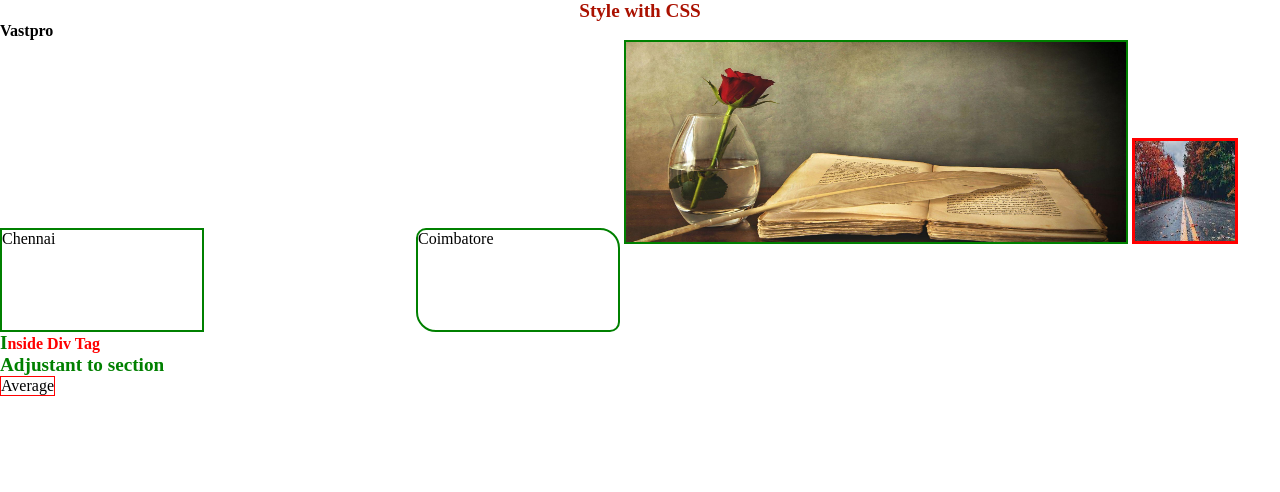
Repository: Balamurugan1914/crud_operation_without_db
Page: CSS_EXAMPLE/src/main/webapp/index.html
The author's editor kept a copy of each file at every save. The page is drawn from the files as they stood at one save, then again after the next save.
The browser window is 1280 px wide. The pictures show the whole page.

Above is the page before, as saved 2022-06-27 06:08:11.

### CSS_EXAMPLE/src/main/webapp/index.html
<!DOCTYPE html>
<html>
<head>
<meta charset="UTF-8">
<title>CS Styling</title>
<link href="Style/sample.css" type="text/css" rel="stylesheet">


</head>
<body>

	<h1 id="title">Style with CSS</h1>

	<h4>Vastpro</h4>


	<div class="bigBox">Chennai</div>

	<!-- Hidden - content will not be shown but an empty space will be shown -->
	<div class="bigBox effect" style="visibility: hidden;">Bangalore</div>

	<!-- Display -content will not be shown space will be adjusted ny the next element -->
	<div class="bigBox effect" style="display: none;">kovilpatti</div>
	<div class="bigBox effect">Coimbatore</div>



	<img alt="book1" src="images/books.jpg" style="width: 500px">
	<img alt="book2" src="images/show.jpeg">

	<div id="first">
		<p>Inside Div Tag</p>
</div>

<section></section>
<p>Adjustant to section</p>


<table>
	<tr>
		<td colspan="2" class="centertext">Average</td>
	</tr>
</table>

</body>
</html>

### CSS_EXAMPLE/src/main/webapp/Style/sample.css
@charset "UTF-8";

/*global selector*/
* {
	margin: 0;
	padding: 0;
}

/*ID selector*/
#title {
	text-align: center;
	font-family: serif;
	font-size: 1.2em;
	color: #aa1100;
}

.bigBox {
	width: 200px;
	height: 100px;
	border: 2px solid green;
	display: inline-block;

}

.bigBox.effect{


	border-radius: 10px 20px 10px 20px;

	display: inline-block;
}

img[alt="book1"]{

	width: 100px;
	height: 200px;
	border: 2px solid green;


}


/* Attribute selector - Stands for containing anywhere other symbol src * and $ */
img[src*="show"]{

	width: 100px;
	height: 100px;
	border: 3px solid red;


}
/* Aside selector represented by "+" symbol */

section+p{

	font-size: 1.2em;
	font-weight: bolder;
	color: green
}

/* Adjustant selector represented by ">" symbol */
div>p{


	font-family: cursive;
	font-weight: bold;
	color: red
}

/* pseudo class */
img:hover {


	width: 50px;
	height: 50px;
	color: red;



}

/* pseudo element - start ny :: and : */

#first::first-letter {

	font-family: cursive;
	font-size: 1.2em;
	color: green;

}

/* element selector */

table {


	border: 1px solid green;
	border-collapse: collapse;
}



/* group selector */

td,tr,th{

	border: 1px solid red;


}

After the next save:
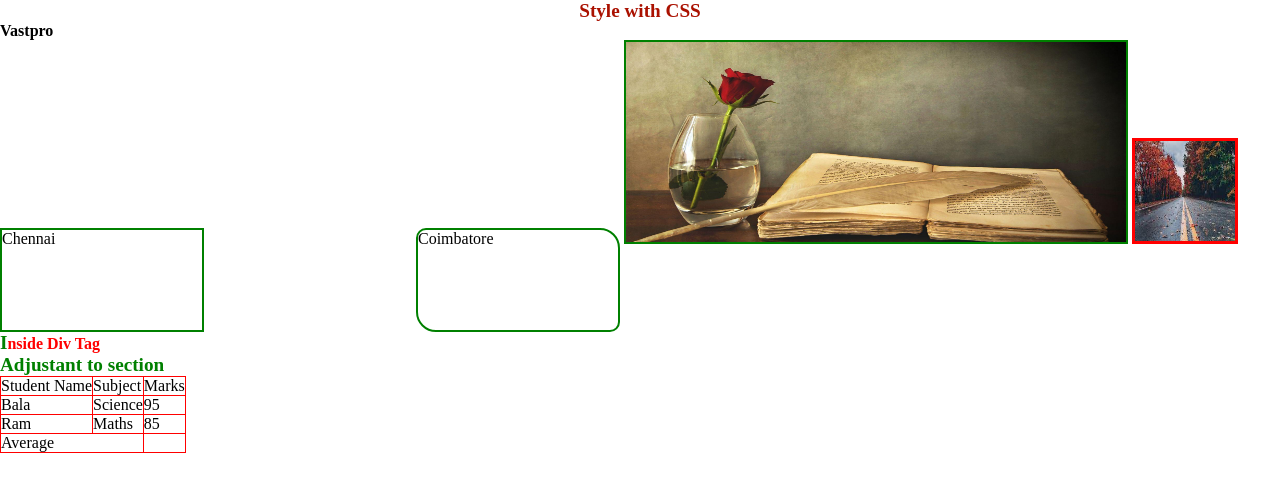
Saved 2 min 0 s later.
--- a/CSS_EXAMPLE/src/main/webapp/index.html
+++ b/CSS_EXAMPLE/src/main/webapp/index.html
@@ -37,6 +37,22 @@
 
 
 <table>
+<tr>
+	<td>Student Name</td>
+	<td>Subject</td>
+	<td>Marks</td>
+</tr>
+<tr>
+	<td>Bala</td>
+	<td>Science</td>
+	<td>95</td>
+</tr>
+<tr>
+	<td>Ram</td>
+	<td>Maths</td>
+	<td>85</td>
+</tr>
+
 	<tr>
 		<td colspan="2" class="centertext">Average</td>
 	</tr>
